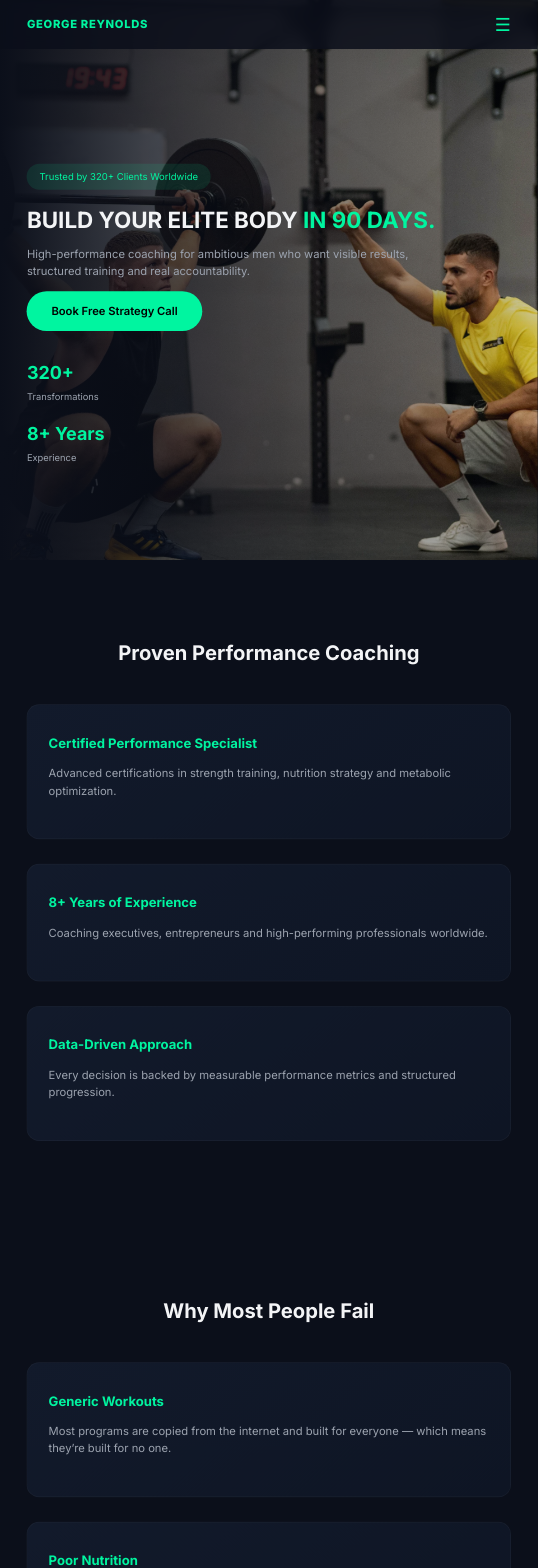
Repository: davidfsillva/Landing-page-pro
Page: index.html
The author's editor kept a copy of each file at every save. The page is drawn from the files as they stood at one save, then again after a run of saves.
The browser window is 768 px wide. The pictures show the part of the page from y = 0 to 2240 px (the page is 10189 px tall), at 70% of full size.

Above is the page before, as saved 2026-02-26 19:10:05.

After the next 2 saves:
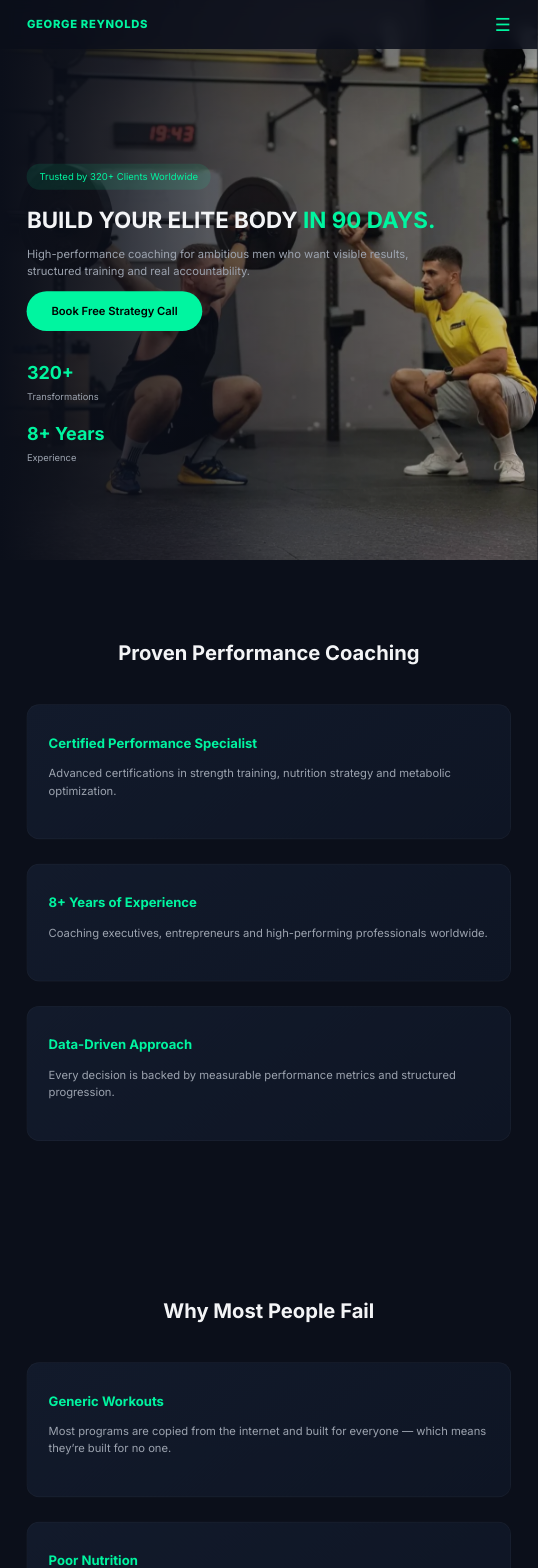
The 2 saves are shown as one change because they came seconds apart.
The last was saved 30 s later.
--- a/style.css
+++ b/style.css
@@ -432,7 +432,7 @@ a {
 
 
     .hero {
-        background: url('img/herom.webp') center center/cover no-repeat;
+        background: url('img/heromobile.webp') center center/cover no-repeat;
     }
 
     .nav {
